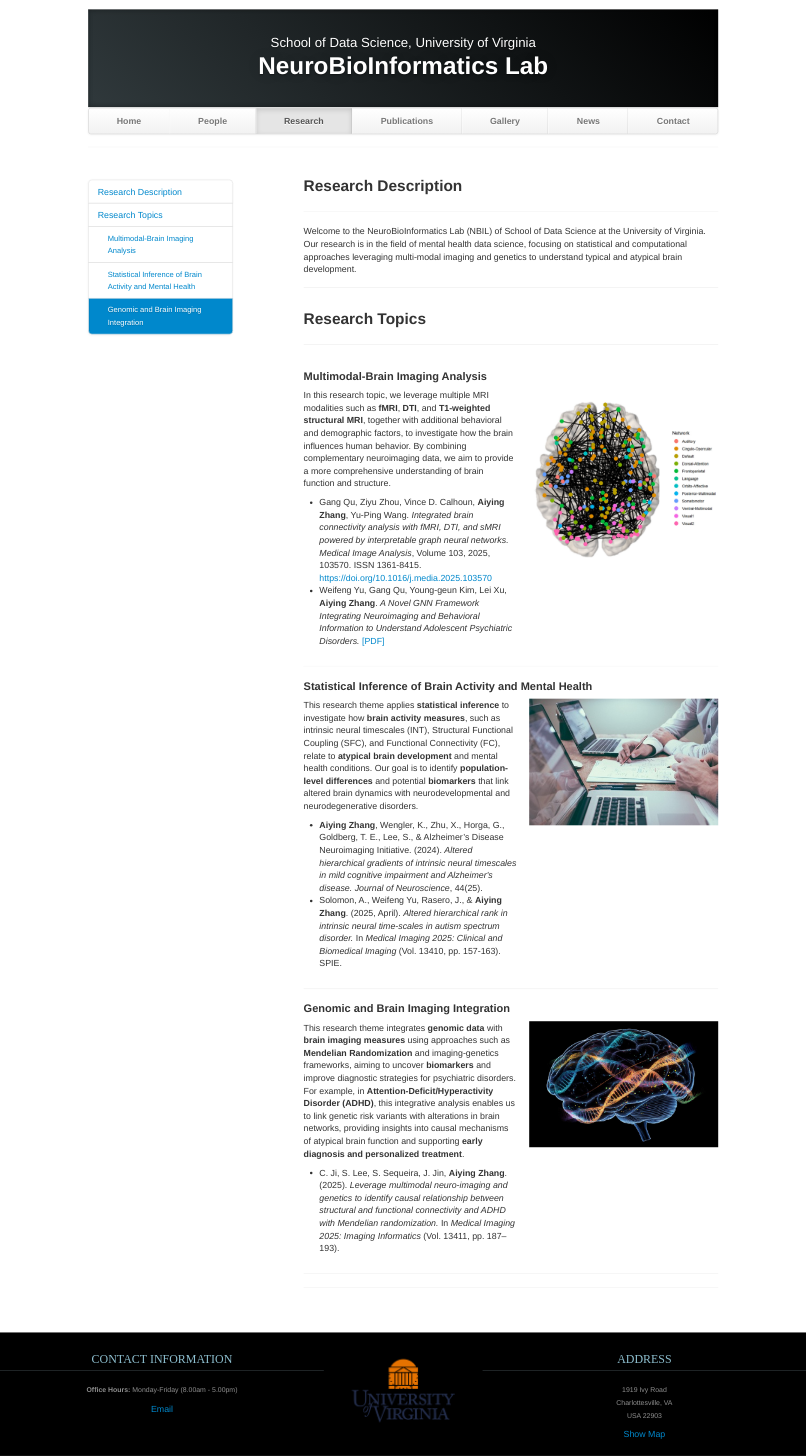
Repository: nbillab/nbillab.io
Page: research.html
An editor plug-in stored every save of this project. The page is shown before and after the next save, followed by the edit.
The browser window is 1280 px wide. The pictures show the whole page, at 63% of full size.

Above is the page before, as saved 2025-08-17 20:53:57.

### research.html
<!DOCTYPE html>
<html lang="en">
   <head>
      <meta charset="utf-8">
      <title>Research</title>
      <meta name="viewport" content="width=device-width, initial-scale=1.0">
      <meta name="description" content="Research Lab, Home, Velit Aliquet Sagittis University">
      <meta name="author" content="">
      <!-- Le styles -->
      <link href="css/bootstrap.min.css" rel="stylesheet">
      <link href="css/bootstrap-responsive.min.css" rel="stylesheet">
      <link href="css/theme.css" rel="stylesheet">
   </head>
   <body>
      <div class="container">
         <header class="jumbotron subhead" id="overview">
            <p class="lead"> School of Data Science, University of Virginia </p>
            <h1>NeuroBioInformatics Lab</h1>
         </header>
         <div class="masthead">
            <div class="navbar">
               <div class="navbar-inner">
                  <div class="container">
                     <ul class="nav">
                        <li><a href="index.html">Home</a></li>
                        <li><a href="people.html">People</a></li>
                        <li class="active"><a href="#">Research</a></li>
                        <li><a href="publications.html">Publications</a></li>
                        <li><a href="gallery.html">Gallery</a></li>
                        <li><a href="news.html">News</a></li>
                        <li><a href="contact.html">Contact</a></li>
                     </ul>
                  </div>
               </div>
            </div>
         </div>
         <hr>
         <div class="row-fluid">
            <div class="span3 bs-docs-sidebar" id="navparent">
               <ul class="nav nav-list bs-docs-sidenav" data-spy="affix" data-offset-top="200" data-offset-bottom="260">
                  <li><a href="#statemet"> Research Description </a></li>
                  <li><a href="#nano"> Research Topics </a></li>
                  <li><a class="subhead" href="#Penatibus"> Multimodal-Brain Imaging Analysis </a></li>
                  <li><a class="subhead" href="#QuamIdLeo"> Statistical Inference of Brain Activity and Mental Health  </a></li>
                  <li><a class="subhead" href="#GenomicIntegration"> Genomic and Brain Imaging Integration </a></li>

               </ul>
            </div>
            <div class="span8 offset1">
               <section id="statemet">
                  <div class="page-header">
                     <h3>Research Description</h3>
                     <hr>
                     <p>Welcome to the NeuroBioInformatics Lab (NBIL) of School of Data Science at the University of Virginia.
                        Our research is in the field of mental health data science, focusing on statistical and computational approaches leveraging multi-modal imaging and genetics to understand typical and atypical brain development.
                     </p>
                  </div>
               </section>
               <section id="nano">
                  <div class="page-header">
                     <h3>Research Topics</h3>
                  </div>
                  <div class="row-fluid">
                     <div class="span12">
                     <section id="Penatibus">
                     <h4>Multimodal-Brain Imaging Analysis</h4>
                     <div style="display: flex; align-items: flex-start; gap: 20px;">
                        <div style="flex: 1;">
                           <p>
                           In this research topic, we leverage multiple MRI modalities such as
                           <strong>fMRI</strong>, <strong>DTI</strong>, and <strong>T1-weighted structural MRI</strong>,
                           together with additional behavioral and demographic factors, to investigate how the brain
                           influences human behavior. By combining complementary neuroimaging data, we aim to
                           provide a more comprehensive understanding of brain function and structure.
                           </p>
                           <ul>
                           <li>
                              Gang Qu, Ziyu Zhou, Vince D. Calhoun,
                              <strong>Aiying Zhang</strong>, Yu-Ping Wang.
                              <em>Integrated brain connectivity analysis with fMRI, DTI, and sMRI powered by interpretable graph neural networks.</em>
                              <i>Medical Image Analysis</i>, Volume 103, 2025, 103570.
                              ISSN 1361-8415.
                              <a href="https://doi.org/10.1016/j.media.2025.103570" target="_blank">https://doi.org/10.1016/j.media.2025.103570</a>
                           </li>
                           <li>
                              Weifeng Yu, Gang Qu, Young-geun Kim, Lei Xu, <strong>Aiying Zhang</strong>.
                              <em>A Novel GNN Framework Integrating Neuroimaging and Behavioral Information to Understand Adolescent Psychiatric Disorders.</em>
                              <a href="https://openreview.net/pdf?id=Yjv27GWb3n" target="_blank">[PDF]</a>
                           </li>
                           </ul>
                        </div>
                        <div style="flex: 0 0 300px;">
                           <img src="images/brain_conn.png" alt="Multimodal Brain Imaging" style="max-width:100%; height:auto;">
                        </div>
                     </div>
                     </section>
                        <hr>
                     <section id="QuamIdLeo">
                        <h4>Statistical Inference of Brain Activity and Mental Health</h4>
                        <div style="display: flex; align-items: flex-start; gap: 20px;">
                           <div style="flex: 1;">
                              <p>
                                 This research theme applies <strong>statistical inference</strong> to investigate how
                                 <strong>brain activity measures</strong>, such as intrinsic neural timescales (INT), Structural Functional Coupling (SFC), and Functional Connectivity (FC),
                                 relate to <strong>atypical brain development</strong> and mental health conditions.
                                 Our goal is to identify <strong>population-level differences</strong> and potential
                                 <strong>biomarkers</strong> that link altered brain dynamics with neurodevelopmental
                                 and neurodegenerative disorders.
                              </p>
                              <ul>
                                 <li>
                                    <strong>Aiying Zhang</strong>, Wengler, K., Zhu, X., Horga, G., Goldberg, T. E., Lee, S.,
                                    & Alzheimer’s Disease Neuroimaging Initiative. (2024).
                                    <em>Altered hierarchical gradients of intrinsic neural timescales in mild cognitive impairment and Alzheimer's disease.</em>
                                    <i>Journal of Neuroscience</i>, 44(25).
                                 </li>
                                 <li>
                                    Solomon, A., Weifeng Yu, Rasero, J., & <strong>Aiying Zhang</strong>. (2025, April).
                                    <em>Altered hierarchical rank in intrinsic neural time-scales in autism spectrum disorder.</em>
                                    In <i>Medical Imaging 2025: Clinical and Biomedical Imaging</i> (Vol. 13410, pp. 157-163). SPIE.
                                 </li>
                              </ul>
                           </div>
                           <div style="flex: 0 0 300px;">
                              <img src="images/brainstorming-paper.jpg" alt="Brain Activity and Mental Health" style="max-width:100%; height:auto;">
                           </div>
                        </div>
                     </section>


                        <hr>
                     <section id="GenomicIntegration">
                        <h4>Genomic and Brain Imaging Integration</h4>
                        <div style="display: flex; align-items: flex-start; gap: 20px;">
                           <div style="flex: 1;">
                              <p>
                                 This research theme integrates <strong>genomic data</strong> with
                                 <strong>brain imaging measures</strong> using approaches such as
                                 <strong>Mendelian Randomization</strong> and imaging-genetics frameworks, aiming
                                 to uncover <strong>biomarkers</strong> and improve diagnostic strategies for
                                 psychiatric disorders. For example, in <strong>Attention-Deficit/Hyperactivity
                                 Disorder (ADHD)</strong>, this integrative analysis enables us to link genetic
                                 risk variants with alterations in brain networks, providing insights into causal
                                 mechanisms of atypical brain function and supporting <strong>early diagnosis
                                 and personalized treatment</strong>.
                              </p>
                              <ul>
                                 <li>
                                    C. Ji, S. Lee, S. Sequeira, J. Jin, <strong>Aiying Zhang</strong>. (2025).
                                    <em>Leverage multimodal neuro-imaging and genetics to identify causal relationship between structural and functional connectivity and ADHD with Mendelian randomization.</em>
                                    In <i>Medical Imaging 2025: Imaging Informatics</i> (Vol. 13411, pp. 187–193).
                                 </li>
                              </ul>
                           </div>
                           <div style="flex: 0 0 300px;">
                              <img src="images/brain_genome.png" alt="Genomic and Brain Imaging" style="max-width:100%; height:auto;">
                           </div>
                        </div>
                     </section>
                     </div>
                  </div>
               </section>
               <hr>

               <hr>
            </div>
         </div>
      </div>
      <footer id="footer">
         <div class="row-fluid">
            <div class="span5">
               <h3>Contact Information</h3>
               <p><b>Office Hours: </b>Monday-Friday (8.00am - 5.00pm)</p>
               <a href="mailto:xsa5db@virginia.edu">Email</a>
            </div>
            <div class="span2 text-center">
               <a href="https://datascience.virginia.edu/">
                  <img src="images/UVA.png" alt="research-lab-logo"/>
               </a>
            </div>
            <div class="span5">
               <h3>Address</h3>
               <p>1919 Ivy Road<br>
                  Charlottesville, VA<br>
                  USA 22903
               </p>
               <a href="http://maps.google.com/">Show Map</a>
            </div>
         </div>
      </footer>


      <!-- Le javascript
         ================================================== -->
      <!-- Placed at the end of the document so the pages load faster -->
      <script src="js/jquery-1.9.1.min.js"></script>
      <script src="js/bootstrap.min.js"></script>
      <script>
         $(document).ready(function() {
             $(document.body).scrollspy({
                 target: "#navparent"
             });
         });

      </script>
   </body>
</html>

### css/theme.css
body {
	padding-top: 15px;
	padding-bottom: 0px;
}


/* Custom container */

.container {
	margin: 0 auto;
	max-width: 1000px;
}

.container>hr {
	margin: 20px 0
}


/* Customize the navbar links to be fill the entire space of the .navbar */

.navbar .navbar-inner {
	padding: 0
}

.navbar .nav {
	margin: 0;
	display: table;
	width: 100%;
}

.navbar .nav li {
	display: table-cell;
	width: 1%;
	float: none;
}

.navbar .nav li a {
	font-weight: bold;
	text-align: center;
	border-left: 1px solid rgba(255, 255, 255, .75);
	border-right: 1px solid rgba(0, 0, 0, .1);
}

.navbar .nav li:first-child a {
	border-left: 0;
	border-radius: 3px 0 0 3px;
}

.navbar .nav li:last-child a {
	border-right: 0;
	border-radius: 0 3px 3px 0;
}

body>.navbar {
	font-size: 13px
}


/* Change the docs' brand */

body>.navbar .brand {
	padding-right: 0;
	padding-left: 0;
	margin-left: 20px;
	float: right;
	font-weight: bold;
	color: #000;
	text-shadow: 0 1px 0 rgba(255, 255, 255, .1), 0 0 30px rgba(255, 255, 255, .125);
	-webkit-transition: all .2s linear;
	-moz-transition: all .2s linear;
	transition: all .2s linear;
}

body>.navbar .brand:hover {
	text-decoration: none;
	text-shadow: 0 1px 0 rgba(255, 255, 255, .1), 0 0 30px rgba(255, 255, 255, .4);
}


/* Sidenav for Docs
         -------------------------------------------------- */

@media screen and (max-width: 768px) {
	.bs-docs-sidenav {
		display: none !important;
	}
}

.bs-docs-sidenav {
	width: 228px;
	margin: 30px 0 0;
	padding: 0;
	background-color: #fff;
	-webkit-border-radius: 6px;
	-moz-border-radius: 6px;
	border-radius: 6px;
	-webkit-box-shadow: 0 1px 4px rgba(0, 0, 0, .065);
	-moz-box-shadow: 0 1px 4px rgba(0, 0, 0, .065);
	box-shadow: 0 1px 4px rgba(0, 0, 0, .065);
}

.bs-docs-sidenav>li>a {
	display: block;
	width: 200px;
	margin: 0 0 -1px;
	padding: 8px 14px;
	border: 1px solid #e5e5e5;
}

.bs-docs-sidenav>li>a.subhead {
	display: block;
	width: 168px;
	margin: 0 0 -1px;
	padding: 8px 30px;
	border: 1px solid #e5e5e5;
	font-size: 12px;
}

.bs-docs-sidenav>li:first-child>a {
	-webkit-border-radius: 6px 6px 0 0;
	-moz-border-radius: 6px 6px 0 0;
	border-radius: 6px 6px 0 0;
}

.bs-docs-sidenav>li:last-child>a {
	-webkit-border-radius: 0 0 6px 6px;
	-moz-border-radius: 0 0 6px 6px;
	border-radius: 0 0 6px 6px;
}

.bs-docs-sidenav>.active>a {
	position: relative;
	z-index: 2;
	padding: 9px 15px;
	border: 0;
	text-shadow: 0 1px 0 rgba(0, 0, 0, .15);
	-webkit-box-shadow: inset 1px 0 0 rgba(0, 0, 0, .1), inset -1px 0 0 rgba(0, 0, 0, .1);
	-moz-box-shadow: inset 1px 0 0 rgba(0, 0, 0, .1), inset -1px 0 0 rgba(0, 0, 0, .1);
	box-shadow: inset 1px 0 0 rgba(0, 0, 0, .1), inset -1px 0 0 rgba(0, 0, 0, .1);
}

.bs-docs-sidenav>li>a:hover {
	background-color: #f5f5f5
}

.bs-docs-sidenav a:hover .icon-chevron-right {
	opacity: .5
}

.bs-docs-sidenav.affix {
	top: 10px
}

.bs-docs-sidenav.affix-bottom {
	position: absolute;
	top: auto;
	bottom: 270px;
}


/* Responsive
         -------------------------------------------------- */

.affix {
	top: 0px
}

#media {
	margin-top: 70px
}

#media .header {
	margin-left: 0;
	margin-bottom: 56px;
	margin-top: 30px;
}

#media .post_row {
	margin-left: 0;
	margin-bottom: 40px;
}

#media .lastpost_row {
	margin-bottom: 0
}

#media .post_row .post {
	background: #fff;
	/*margin-left: 0;;
    margin-right: 20px;*/
	border-radius: 4px;
	box-shadow: 1px 1px 2px 0px #E0E0E0;
	width: 487px;
	height: 616px;
}

#media .post_row .last {
	margin-right: 0
}

#media .post_row .post .img {
	position: relative;
	text-align: center;
}

#media .post_row .post .img .date {
	background: #E8554E;
	position: absolute;
	padding: 2px 5px;
	top: 0;
	left: 11px;
}

#media .post_row .post .img .date p {
	color: #fff;
	font-size: 14px;
	font-weight: bold;
	font-style: italic;
	margin: 0;
}

#media .post_row .post .img img {
	height: 275px;
	width: 410px;
}

#media .post_row .post .text {
	margin: 18px auto 0;
	width: 83%;
}

#media .post_row .post .text h5 {
	margin: 0 0 8px 0;
	font-size: 20px;
	line-height: 23px;
}

#media .post_row .post .text h5 a {
	color: #333
}

#media .post_row .post .text span.date {
	color: #9F9F9F;
	display: block;
	margin-bottom: 12px;
	font-style: italic;
	font-size: 13px;
}

#media .post_row .post .text p {
	margin: 0;
	line-height: 21px;
	font-size: 14px;
}

#media .post_row .post .author_box {
	margin: 12px auto 20px;
	border-top: 1px solid #EDEDED;
	overflow: hidden;
	text-align: left;
	width: 85%;
	padding-top: 12px;
}

#media .post_row .post .author_box h6 {
	margin: 0 0 3px 0;
	font-size: 13px;
	line-height: 15px;
	font-style: italic;
	font-weight: normal;
	color: #B2B2B2;
}

#media .post_row .post .author_box p {
	color: #B2B2B2;
	font-style: italic;
	font-size: 13px;
	line-height: 14px;
	margin: 0;
}

#media .post_row .post .author_box img {
	float: right
}

#media .post_row .post a.plus_wrapper {
	width: 99%;
	text-align: center;
	background: #fff;
	display: none;
	border-radius: 0px 0px 4px 4px;
	padding: 6px 0px 2px;
	margin: 0 auto 1px;
}

#media .post_row .post a.plus_wrapper span {
	color: #1189D9;
	font-size: 30px;
	font-weight: bold;
}

#media .post_row .post:hover a.plus_wrapper {
	display: block
}

#media .post_row .post:hover {
	box-shadow: 0px 1px 5px 1px rgb(216, 216, 216)
}

#media .post_row .post:hover .text h5 a {
	color: #1189D9
}

.map .box_wrapp {
	position: absolute;
	margin: 15px auto;
	box-shadow: 0 0 7px 0 rgba(26, 26, 26, 0.4);
	padding: 30px 0 30px;
	background: white;
	border-radius: 4px;
	margin-top: 25px;
}

.map .box_wrapp .box_cont {
	margin: 30px auto;
	width: 76%;
}

.section-header {
	text-align: center;
	margin-bottom: 35px;
}

.section-header h1,
.title-text {
	font-weight: bold;
	font-size: 30px;
	margin: 12.5px 0;
	font-weight: 100;
	margin-bottom: 25px;
	line-height: 55px;
}

.feature-item:hover {
	box-shadow: 0px 1px 5px 1px rgb(216, 216, 216)
}

.feature-item img {
	margin-left: 15px;
	margin-right: 15px;
	max-width: 90%;
	height: 200px;
}

.feature-item h5 {
	margin-left: 15px;
	margin-right: 15px;
	margin-top: 20px;
	margin-bottom: 20px;
}

.feature-item p {
	margin-left: 15px;
	margin-right: 15px;
}

.feature-heading {
	margin-top: 20px;
	margin-bottom: 20px;
	margin-left: 15px;
	margin-right: 15px;
}

.feature-heading a:hover {
	text-decoration: none;
}

.feature-button {
	font-size: 16px;
	background-image: none;
	box-shadow: none;
	margin-bottom: 10px;
}

.centered {
	text-align: center;
}

.subhead {
	text-align: left;
	border-bottom: 1px solid #ddd;
}

.jumbotron {
	position: relative;
	padding: 45px 0px 35px 0px;
	color: #fff;
	text-align: center;
	text-shadow: 0 1px 3px rgba(0, 0, 0, .4), 0 0 30px rgba(0, 0, 0, .075);
	background: #30393C;
	background: -moz-linear-gradient(45deg, #30393C 0%, #000000 100%);
	background: -webkit-gradient(linear, left bottom, right top, color-stop(0%, #30393C), color-stop(100%, #30393C));
	background: -webkit-linear-gradient(45deg, #30393C 0%, #000000 100%);
	background: -o-linear-gradient(45deg, #30393C 0%, #000000 100%);
	background: -ms-linear-gradient(45deg, #30393C 0%, #000000 100%);
	background: linear-gradient(45deg, #30393C 0%, #000000 100%) repeat;
	-webkit-box-shadow: inset 0 3px 7px rgba(0, 0, 0, .2), inset 0 -3px 7px rgba(0, 0, 0, .2);
	-moz-box-shadow: inset 0 3px 7px rgba(0, 0, 0, .2), inset 0 -3px 7px rgba(0, 0, 0, .2);
	box-shadow: inset 0 3px 7px rgba(0, 0, 0, .2), inset 0 -3px 7px rgba(0, 0, 0, .2);
}

.jumbotron:after {
	content: '';
	display: block;
	position: absolute;
	top: 0;
	right: 0;
	bottom: 0;
	left: 0;
	opacity: .4;
}

.lead {
	margin-bottom: 0px;
	font-size: 21px;
	font-weight: 200;
	line-height: 15px;
}

img.float-left {
	float: left;
	margin-top: 9px;
	margin-left: 0px;
	margin-right: 30px;
	margin-bottom: 12px;
}

img.float-right {
	float: right;
	margin-top: 9px;
	margin-right: 0px;
	margin-bottom: 12px;
	margin-left: 30px;
}

img.publications-thumb {
	width: 142px;
	height: 188px;
}

.caption {
	margin: 10px;
}

.responsive-video {
	position: relative;
	padding-bottom: 56.25%;
	padding-top: 60px;
	overflow: hidden;
}

.responsive-video iframe,
.responsive-video object,
.responsive-video embed {
	position: absolute;
	top: 0;
	left: 0;
	width: 93.5%;
	height: 93.5%;
}

.video-caption {
	margin: 10px;
}

.accordion {
	margin-bottom: 20px;
	margin-right: 40px;
}

.thumbnail>img.sponsor {
	width: 212px;
	height: 150px;
}

img.carousel-image {
	width: 100%;
}

li.publication {
	margin-bottom: 20px;
}

.page-header h3 a:hover {
	text-decoration: none;
}

iframe.map-frame {
	border: none;
	overflow: hidden;
	margin-top: 10px;
	margin-bottom: 10px;
	margin-left: 0px;
	margin-right: 0px;
	height: 550px;
	width: 100%;
}

ul.sponsors {
	margin-top: 40px;
	margin-bottom: 40px;
}

#footer {
	z-index: 10;
	margin-top: 50px;
	margin-bottom: 0px;
	padding-bottom: 25px;
	border-top-width: 8px;
	border-top-style: solid;
	border-top-color: #2F2F2F;
	background-color: #000000;
	border: 0;
	font-size: 100%;
	font: inherit;
	vertical-align: baseline;
	text-align: center;
}

#footer h3 {
	font-size: 19px;
	text-transform: uppercase;
	font-family: BebasNeueRegular;
	color: #8DBECE;
	border-bottom-width: 1px;
	border-bottom-style: solid;
	border-bottom-color: #30393C;
	line-height: 35px;
	margin-bottom: 20px;
	margin-top: 25px;
	font-weight: normal;
}

#footer a img {
	margin-top: 40px;
}

#footer p,
#footer address {
	color: #8F8F8F;
	font-size: 11px;
}

Loaded but not shown: css/bootstrap.min.css (library); css/bootstrap-responsive.min.css (library); js/jquery-1.9.1.min.js (library); js/bootstrap.min.js (library)

After the next save:
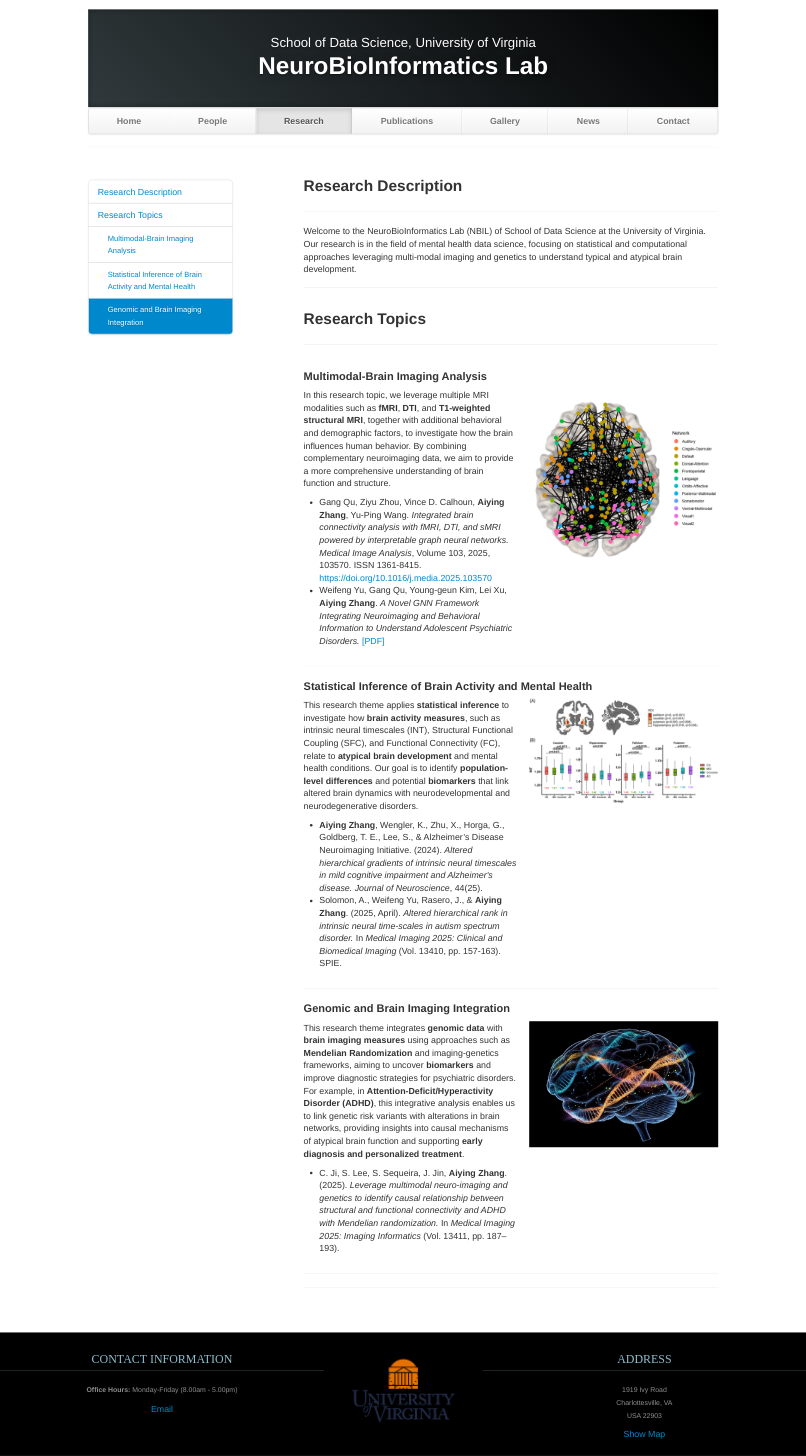
Saved 17 s later.
--- a/research.html
+++ b/research.html
@@ -122,7 +122,7 @@
                               </ul>
                            </div>
                            <div style="flex: 0 0 300px;">
-                              <img src="images/brainstorming-paper.jpg" alt="Brain Activity and Mental Health" style="max-width:100%; height:auto;">
+                              <img src="images/INT_AD.png" alt="Brain Activity and Mental Health" style="max-width:100%; height:auto;">
                            </div>
                         </div>
                      </section>
